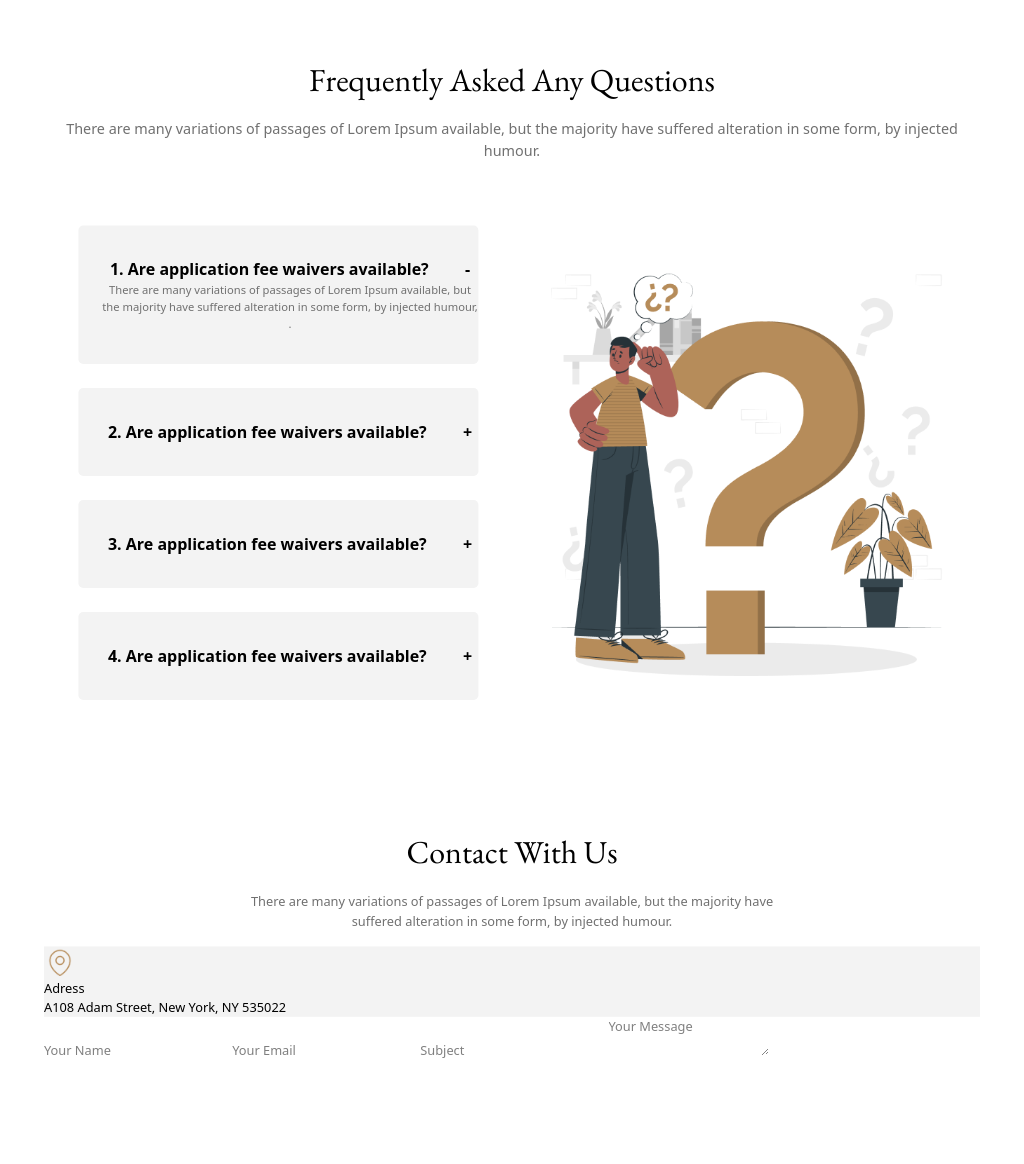
Repository: nahid-hasann/website-6
Page: index.html
The author's editor kept a copy of each file at every save. The page is drawn from the files as they stood at one save, then again after the next save.
The browser window is 1280 px wide. The pictures show the whole page, at 80% of full size.

Above is the page before, as saved 2025-07-22 11:39:44.

After the next save:
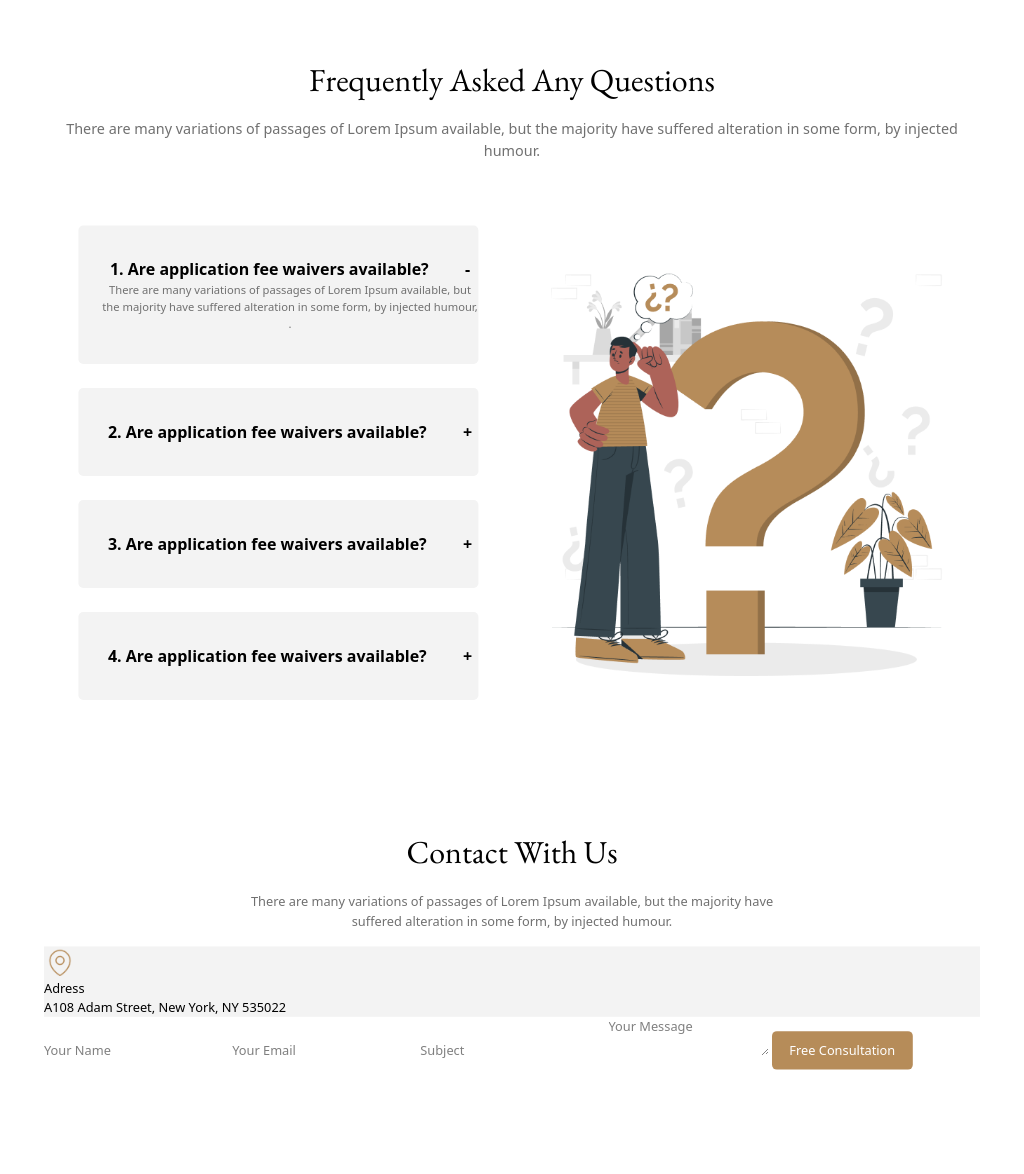
Saved 40 s later.
--- a/index.html
+++ b/index.html
@@ -142,6 +142,7 @@
                 <input type="email" name="" placeholder="Your Email" id="">
                 <input type="text" name="" placeholder="Subject" id="">
                 <textarea name="" placeholder="Your Message" id=""></textarea>
+                <button class="bg-[#b68c59] py-[12px] px-[22px] text-white rounded-md" >Free Consultation</button>
             </div>
             </div>
     </section>
